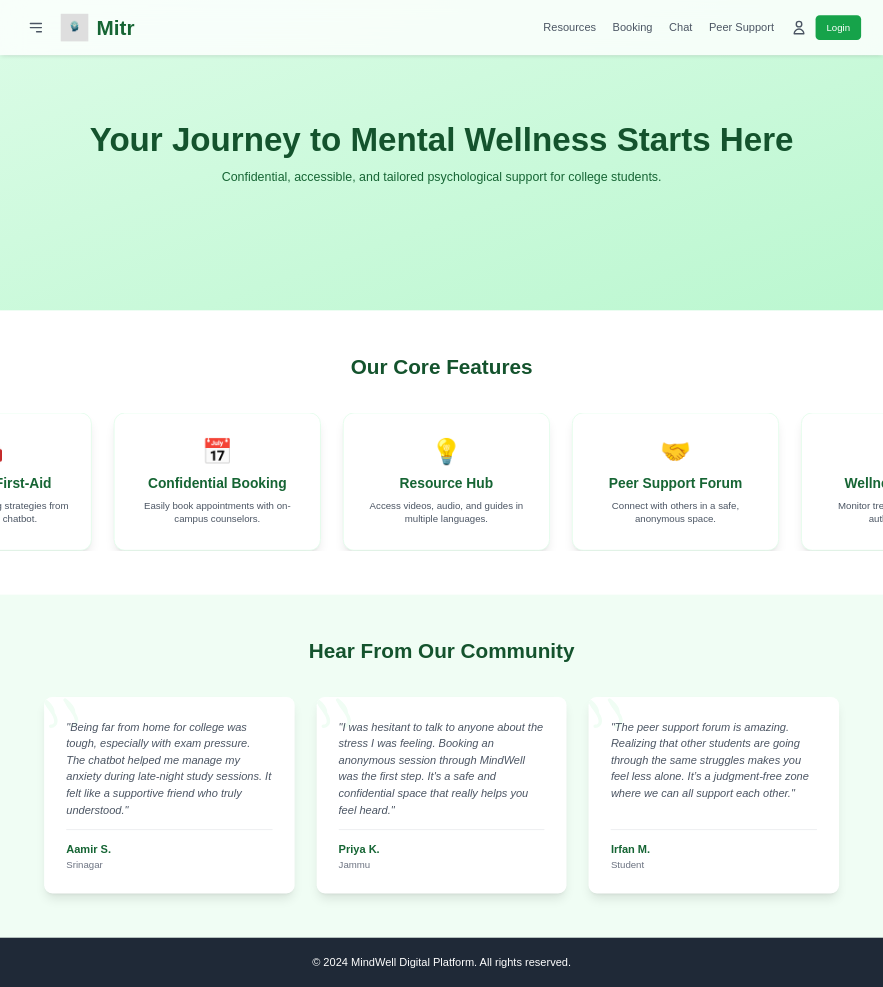
Repository: alokse24b01025/mentalhealth-project-sih-
Page: / (app in p1/)
The author's editor kept a copy of each file at every save. The page is drawn from the files as they stood at one save, then again after the next save.
The browser window is 1280 px wide. The pictures show the whole page, at 69% of full size.
The project was rebuilt for these pictures with package versions that can differ from the ones it lists, and the page was loaded fresh each time. Also part of the build but not shown: p1/vite.config.js, p1/src/components/Chatbot.jsx, p1/src/pages/ChatPage.jsx, p1/src/data/mockResources.js, p1/src/pages/ResourcesPage.jsx, p1/src/data/mockCounselors.js, p1/src/pages/BookingPage.jsx, p1/src/components/PeerSupport.jsx and 3 more.

Above is the page before, as saved 2025-09-10 14:03:28.

### p1/index.html
<!doctype html>
<html lang="en">
  <head>
    <meta charset="UTF-8" />
    <link rel="icon" type="image/svg+xml" href="/logo.png" />
    <meta name="viewport" content="width=device-width, initial-scale=1.0" />
    <title>Mitr</title>
  </head>
  <body>
    <div id="root"></div>
    <script type="module" src="/src/main.jsx"></script>
  </body>
</html>

### p1/src/App.jsx
import React from 'react';
import { BrowserRouter as Router, Routes, Route } from 'react-router-dom';
import { AuthProvider } from './AuthContext'; // Import the provider

// Import your pages
import HomePage from './pages/HomePage';
import ChatPage from './pages/ChatPage';
import ResourcesPage from './pages/ResourcesPage';
import BookingPage from './pages/BookingPage';
import PeerSupportPage from './pages/PeerSupportPage';
import AdminDashboard from './pages/AdminDashboard';
import LoginPage from './pages/LoginPage'; // Import the new login page
import './index.css';

function App() {
  return (
    <AuthProvider> {/* Wrap everything in AuthProvider */}
      <Router>
        <Routes>
          <Route path="/" element={<HomePage />} />
          <Route path="/chat" element={<ChatPage />} />
          <Route path="/resources" element={<ResourcesPage />} />
          <Route path="/booking" element={<BookingPage />} />
          <Route path="/peer-support" element={<PeerSupportPage />} />
         <Route path="/admin" element={<AdminDashboard />} />
          <Route path="/login" element={<LoginPage />} /> {/* Add the login route */}
        </Routes>
      </Router>
    </AuthProvider>
  );
}

export default App;

### p1/src/index.css
@tailwind base;
@tailwind components;
@tailwind utilities;

body {
  font-family: Arial, sans-serif;
  -webkit-font-smoothing: antialiased;
  -moz-osx-font-smoothing: grayscale;
}

### p1/src/AuthContext.jsx
import React, { useContext, useState, useEffect } from 'react';
import { auth } from './firebase';
import {
  onAuthStateChanged,
  signOut,
  signInWithEmailAndPassword
} from "firebase/auth";

const AuthContext = React.createContext();

// This is the function that was likely missing the 'export' keyword
export function useAuth() {
  return useContext(AuthContext);
}

export function AuthProvider({ children }) {
  const [currentUser, setCurrentUser] = useState(null);
  const [loading, setLoading] = useState(true);

  function login(email, password) {
    return signInWithEmailAndPassword(auth, email, password);
  }

  function logout() {
    return signOut(auth);
  }

  useEffect(() => {
    const unsubscribe = onAuthStateChanged(auth, user => {
      setCurrentUser(user);
      setLoading(false);
    });

    return unsubscribe;
  }, []);

  const value = {
    currentUser,
    login,
    logout
  };

  return (
    <AuthContext.Provider value={value}>
      {!loading && children}
    </AuthContext.Provider>
  );
}

### p1/src/pages/HomePage.jsx
import React from 'react';
import { Link } from 'react-router-dom';
import Header from '../components/Header';
import Footer from '../components/Footer';

// Define an array of features to display in the scrolling marquee
const coreFeatures = [
  { to: "/chat", title: "AI-Guided First-Aid", description: "Get immediate coping strategies from our interactive chatbot.", icon: "🤖" },
  { to: "/booking", title: "Confidential Booking", description: "Easily book appointments with on-campus counselors.", icon: "📅" },
  { to: "/resources", title: "Resource Hub", description: "Access videos, audio, and guides in multiple languages.", icon: "💡" },
  { to: "/peer-support", title: "Peer Support Forum", description: "Connect with others in a safe, anonymous space.", icon: "🤝" },
  { to: "/admin", title: "Wellness Tracking", description: "Monitor trends and insights (for authorized staff).", icon: "📊" },
];

// This component defines the look of a single clickable card
const FeatureCard = ({ to, title, description, icon }) => (
  <Link to={to} className="flex-shrink-0 w-[300px] h-[200px] mx-4 p-6 flex flex-col items-center justify-center text-center bg-white border border-green-100 rounded-2xl shadow-lg hover:shadow-2xl hover:scale-105 transform transition-all duration-300">
    <div className="text-4xl mb-3">{icon}</div>
    <h4 className="font-bold text-xl text-green-800">{title}</h4>
    <p className="text-gray-600 text-sm mt-2">{description}</p>
  </Link>
);

// --- UPDATED: Testimonial Data and Component ---
const testimonials = [
  { name: "Aamir S.", location: "Srinagar", quote: "Being far from home for college was tough, especially with exam pressure. The chatbot helped me manage my anxiety during late-night study sessions. It felt like a supportive friend who truly understood." },
  { name: "Priya K.", location: "Jammu", quote: "I was hesitant to talk to anyone about the stress I was feeling. Booking an anonymous session through MindWell was the first step. It's a safe and confidential space that really helps you feel heard." },
  { name: "Irfan M.", location: "Student", quote: "The peer support forum is amazing. Realizing that other students are going through the same struggles makes you feel less alone. It’s a judgment-free zone where we can all support each other." },
];

const TestimonialCard = ({ name, location, quote, delay }) => (
    <div
        className="bg-white p-8 rounded-xl shadow-lg flex flex-col relative overflow-hidden opacity-0"
        style={{ animation: `slideUp 0.6s ease-out forwards`, animationDelay: delay }}
    >
        <svg className="absolute -top-2 -left-2 w-20 h-20 text-green-50 z-0" fill="currentColor" viewBox="0 0 32 32">
            <path d="M9.33,12.44C10.84,14.61,11,16.23,11,17.26a4,4,0,0,1-4,4,1,1,0,0,1,0-2,2,2,0,0,0,2-2c0-2.3-2.19-5.18-4.4-8.15C2.86,5.86,2.68,5.7,2.5,5.55A1,1,0,0,1,4,4.24c3.41,2.54,5.43,5.49,5.33,8.2Z"/>
            <path d="M21.33,12.44c1.51,2.17,1.67,3.79,1.67,4.82a4,4,0,0,1-4,4,1,1,0,0,1,0-2,2,2,0,0,0,2-2c0-2.3-2.19-5.18-4.4-8.15C14.86,5.86,14.68,5.7,14.5,5.55a1,1,0,0,1,1.5-1.31c3.41,2.54,5.43,5.49,5.33,8.2Z"/>
        </svg>
        <p className="text-gray-600 italic flex-grow z-10 relative">"{quote}"</p>
        <div className="mt-4 pt-4 border-t border-gray-200 z-10 relative">
            <p className="font-bold text-green-800">{name}</p>
            <p className="text-sm text-gray-500">{location}</p>
        </div>
    </div>
);

const HomePage = () => {
  return (
    <>
      {/* --- UPDATED: New animation added for testimonials --- */}
      <style>
        {`
          @keyframes scroll {
            from { transform: translateX(0); }
            to { transform: translateX(-100%); }
          }
          .scrolling-wrapper:hover .scrolling-content {
            animation-play-state: paused;
          }
          @keyframes slideUp {
            from {
                opacity: 0;
                transform: translateY(40px);
            }
            to {
                opacity: 1;
                transform: translateY(0);
            }
          }
        `}
      </style>

      <div className="min-h-screen flex flex-col bg-green-50">
        <Header />
        <main className="flex-1 overflow-y-auto">
          {/* Hero Section */}
          <section className="text-center h-[450px] flex items-center justify-center bg-gradient-to-br from-green-100 to-green-200">
            <div className="px-4">
              <h2 className="text-4xl md:text-5xl font-extrabold text-green-900">Your Journey to Mental Wellness Starts Here</h2>
              <p className="mt-4 text-lg text-green-800 max-w-2xl mx-auto">Confidential, accessible, and tailored psychological support for college students.</p>
            </div>
          </section>

          {/* Scrolling Features Section */}
          <section className="py-16 bg-white">
            <h3 className="text-3xl font-bold text-center text-green-900 mb-12">Our Core Features</h3>
            <div className="scrolling-wrapper w-full overflow-hidden relative">
              <div className="scrolling-content flex" style={{ animation: `scroll 40s linear infinite` }}>
                {[...coreFeatures, ...coreFeatures].map((feature, index) => (
                  <FeatureCard key={index} {...feature} />
                ))}
              </div>
            </div>
          </section>

          {/* --- UPDATED: Testimonials Section with Animation --- */}
          <section className="py-16 px-4 bg-green-50">
            <h3 className="text-3xl font-bold text-center text-green-900 mb-12">Hear From Our Community</h3>
            <div className="grid md:grid-cols-3 gap-8 max-w-6xl mx-auto">
                {testimonials.map((testimonial, index) => (
                    <TestimonialCard key={index} {...testimonial} delay={`${index * 200}ms`} />
                ))}
            </div>
          </section>

        </main>
        <Footer />
      </div>
    </>
  );
};

export default HomePage;

### p1/src/firebase.js
import { initializeApp } from "firebase/app";
import { getAuth } from "firebase/auth";

// IMPORTANT: Replace this with the firebaseConfig object you copied from the Firebase console
const firebaseConfig = {
  apiKey: "YOUR_API_KEY",
  authDomain: "YOUR_AUTH_DOMAIN",
  projectId: "YOUR_PROJECT_ID",
  storageBucket: "YOUR_STORAGE_BUCKET",
  messagingSenderId: "YOUR_MESSAGING_SENDER_ID",
  appId: "YOUR_APP_ID"
};

// Initialize Firebase
const app = initializeApp(firebaseConfig);

// Export the auth instance to be used in other parts of the app
export const auth = getAuth(app);

### p1/src/components/Header.jsx
import React, { useState, useRef, useEffect } from 'react';
import { Link, NavLink } from 'react-router-dom';
import logo from '../assets/logo.png';
import { useAuth } from '../AuthContext';

const Header = () => {
  const { currentUser, logout } = useAuth();
  const [isLoggingOut, setIsLoggingOut] = useState(false);
  const [isMenuOpen, setIsMenuOpen] = useState(false);
  const menuRef = useRef(null);

  // Effect to close the menu when clicking outside of it
  useEffect(() => {
    function handleClickOutside(event) {
      if (menuRef.current && !menuRef.current.contains(event.target)) {
        setIsMenuOpen(false);
      }
    }
    document.addEventListener("mousedown", handleClickOutside);
    return () => {
      document.removeEventListener("mousedown", handleClickOutside);
    };
  }, [menuRef]);

  const handleLogout = async () => {
    setIsLoggingOut(true);
    try {
      await logout();
      setIsMenuOpen(false);
    } catch (error) {
      console.error("Failed to log out:", error);
    } finally {
      setIsLoggingOut(false);
    }
  };

  const profileIcon = (
    <svg xmlns="http://www.w3.org/2000/svg" className="h-6 w-6" fill="none" viewBox="0 0 24" stroke="currentColor" strokeWidth={2}>
      <path strokeLinecap="round" strokeLinejoin="round" d="M16 7a4 4 0 11-8 0 4 4 0 018 0zM12 14a7 7 0 00-7 7h14a7 7 0 00-7-7z" />
    </svg>
  );

  const desktopLinkClass = "text-gray-600 hover:text-green-600 transition-colors";

  return (
    <header className="bg-white/80 backdrop-blur-lg shadow-md fixed top-0 w-full z-50">
      <div className="max-w-7xl mx-auto px-4 sm:px-6 lg:px-8">
        <div className="flex justify-between items-center h-20">

          {/* Left Side: Hamburger Menu, Logo, and Brand Name */}
          <div className="flex items-center gap-x-4">
            {/* Hamburger Button and Dropdown Menu (for future options) */}
            <div className="relative" ref={menuRef}>
              <button onClick={() => setIsMenuOpen(!isMenuOpen)} className="p-2 rounded-md text-gray-600 hover:bg-gray-100 focus:outline-none">
                <svg xmlns="http://www.w3.org/2000/svg" className="h-6 w-6" fill="none" viewBox="0 0 24 24" stroke="currentColor">
                  <path strokeLinecap="round" strokeLinejoin="round" strokeWidth={2} d="M4 6h16M4 12h16m-7 6h7" />
                </svg>
              </button>

              {/* Dropdown Menu Panel - Placeholder for now */}
              {isMenuOpen && (
                <div className="absolute top-14 left-0 w-64 bg-white/95 backdrop-blur-lg border border-gray-200 rounded-lg shadow-xl py-4 px-4">
                  <p className="text-center text-gray-500">More options will be added here soon.</p>
                </div>
              )}
            </div>

            {/* Logo and Brand */}
            <Link to="/" className="flex items-center gap-x-3">
              <img src={logo} alt="MindWell Logo" className="h-10 w-auto" />
              <span className="text-3xl font-bold text-green-800 hidden sm:block">Mitr</span>
            </Link>
          </div>

          {/* Right side: Nav Links and Auth Buttons */}
          <div className="flex items-center">
            {/* Desktop Navigation Links - hidden on small screens */}
            <nav className="hidden md:flex items-center space-x-6 mr-6">
              <NavLink to="/resources" className={desktopLinkClass}>Resources</NavLink>
              <NavLink to="/booking" className={desktopLinkClass}>Booking</NavLink>
              <NavLink to="/chat" className={desktopLinkClass}>Chat</NavLink>
              <NavLink to="/peer-support" className={desktopLinkClass}>Peer Support</NavLink>
            </nav>

            {/* Auth Buttons */}
            <div className="flex items-center space-x-3">
              {currentUser ? (
                <div className="flex items-center space-x-3">
                  <span className="text-gray-600">{profileIcon}</span>
                  <button onClick={handleLogout} disabled={isLoggingOut} className={`text-white px-4 py-2 text-sm rounded-md transition-colors ${isLoggingOut ? 'bg-red-300 cursor-not-allowed' : 'bg-red-500 hover:bg-red-600'}`}>
                    {isLoggingOut ? '...' : 'Logout'}
                  </button>
                </div>
              ) : (
                <div className="flex items-center space-x-3">
                  <Link to="/login" className="text-gray-600 hover:text-green-600">{profileIcon}</Link>
                  <Link to="/login" className="bg-green-600 text-white px-4 py-2 text-sm rounded-md hover:bg-green-700 transition-colors">Login</Link>
                </div>
              )}
            </div>
          </div>
        </div>
      </div>
    </header>
  );
};

export default Header;

### p1/src/components/Footer.jsx
import React from 'react';

const Footer = () => {
  return (
    <footer className="bg-gray-800 text-white p-6 text-center">
      <p>&copy; 2024 MindWell Digital Platform. All rights reserved.</p>
    </footer>
  );
};
export default Footer;

Loaded but not shown: p1/src/main.jsx (common file); p1/tailwind.config.js (common file)

After the next save:
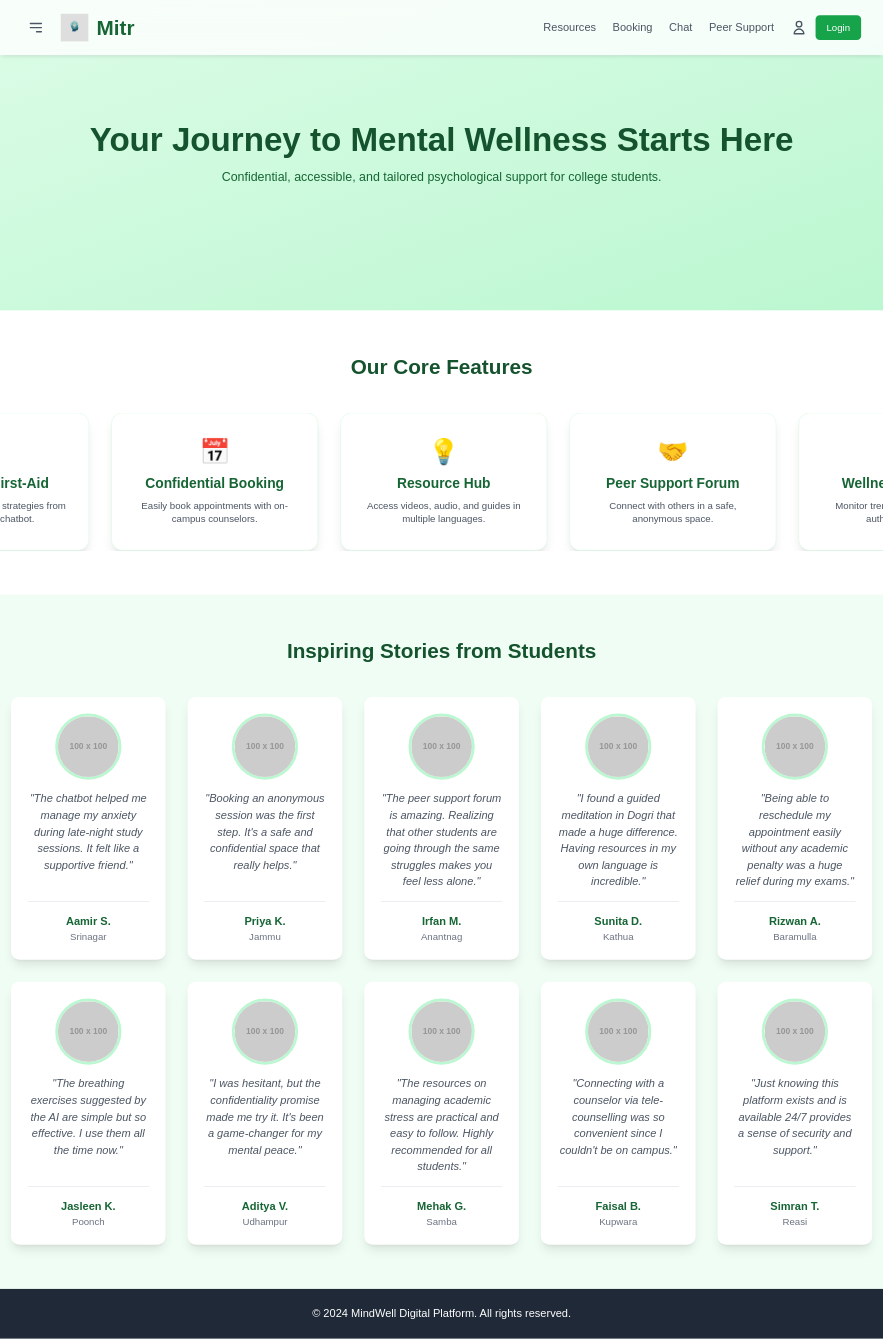
Saved 4 min 54 s later.
--- a/p1/src/pages/HomePage.jsx
+++ b/p1/src/pages/HomePage.jsx
@@ -21,24 +21,28 @@ const FeatureCard = ({ to, title, description, icon }) => (
   </Link>
 );
 
-// --- UPDATED: Testimonial Data and Component ---
-const testimonials = [
-  { name: "Aamir S.", location: "Srinagar", quote: "Being far from home for college was tough, especially with exam pressure. The chatbot helped me manage my anxiety during late-night study sessions. It felt like a supportive friend who truly understood." },
-  { name: "Priya K.", location: "Jammu", quote: "I was hesitant to talk to anyone about the stress I was feeling. Booking an anonymous session through MindWell was the first step. It's a safe and confidential space that really helps you feel heard." },
-  { name: "Irfan M.", location: "Student", quote: "The peer support forum is amazing. Realizing that other students are going through the same struggles makes you feel less alone. It’s a judgment-free zone where we can all support each other." },
+// --- NEW: Student Profile Data and Component ---
+const studentProfiles = [
+  { name: "Aamir S.", location: "Srinagar", quote: "The chatbot helped me manage my anxiety during late-night study sessions. It felt like a supportive friend.", imageUrl: "https://placehold.co/100x100/a7f3d0/166534?text=AS" },
+  { name: "Priya K.", location: "Jammu", quote: "Booking an anonymous session was the first step. It's a safe and confidential space that really helps.", imageUrl: "https://placehold.co/100x100/67e8f9/155e75?text=PK" },
+  { name: "Irfan M.", location: "Anantnag", quote: "The peer support forum is amazing. Realizing that other students are going through the same struggles makes you feel less alone.", imageUrl: "https://placehold.co/100x100/fde047/854d0e?text=IM" },
+  { name: "Sunita D.", location: "Kathua", quote: "I found a guided meditation in Dogri that made a huge difference. Having resources in my own language is incredible.", imageUrl: "https://placehold.co/100x100/f9a8d4/9d2667?text=SD" },
+  { name: "Rizwan A.", location: "Baramulla", quote: "Being able to reschedule my appointment easily without any academic penalty was a huge relief during my exams.", imageUrl: "https://placehold.co/100x100/a5b4fc/3730a3?text=RA" },
+  { name: "Jasleen K.", location: "Poonch", quote: "The breathing exercises suggested by the AI are simple but so effective. I use them all the time now.", imageUrl: "https://placehold.co/100x100/fca5a5/991b1b?text=JK" },
+  { name: "Aditya V.", location: "Udhampur", quote: "I was hesitant, but the confidentiality promise made me try it. It's been a game-changer for my mental peace.", imageUrl: "https://placehold.co/100x100/86efac/14532d?text=AV" },
+  { name: "Mehak G.", location: "Samba", quote: "The resources on managing academic stress are practical and easy to follow. Highly recommended for all students.", imageUrl: "https://placehold.co/100x100/fdba74/9a3412?text=MG" },
+  { name: "Faisal B.", location: "Kupwara", quote: "Connecting with a counselor via tele-counselling was so convenient since I couldn't be on campus.", imageUrl: "https://placehold.co/100x100/bae6fd/0c4a6e?text=FB" },
+  { name: "Simran T.", location: "Reasi", quote: "Just knowing this platform exists and is available 24/7 provides a sense of security and support.", imageUrl: "https://placehold.co/100x100/d8b4fe/581c87?text=ST" },
 ];
 
-const TestimonialCard = ({ name, location, quote, delay }) => (
+const ProfileCard = ({ name, location, quote, imageUrl, delay }) => (
     <div
-        className="bg-white p-8 rounded-xl shadow-lg flex flex-col relative overflow-hidden opacity-0"
+        className="bg-white p-6 rounded-xl shadow-lg flex flex-col items-center text-center opacity-0"
         style={{ animation: `slideUp 0.6s ease-out forwards`, animationDelay: delay }}
     >
-        <svg className="absolute -top-2 -left-2 w-20 h-20 text-green-50 z-0" fill="currentColor" viewBox="0 0 32 32">
-            <path d="M9.33,12.44C10.84,14.61,11,16.23,11,17.26a4,4,0,0,1-4,4,1,1,0,0,1,0-2,2,2,0,0,0,2-2c0-2.3-2.19-5.18-4.4-8.15C2.86,5.86,2.68,5.7,2.5,5.55A1,1,0,0,1,4,4.24c3.41,2.54,5.43,5.49,5.33,8.2Z"/>
-            <path d="M21.33,12.44c1.51,2.17,1.67,3.79,1.67,4.82a4,4,0,0,1-4,4,1,1,0,0,1,0-2,2,2,0,0,0,2-2c0-2.3-2.19-5.18-4.4-8.15C14.86,5.86,14.68,5.7,14.5,5.55a1,1,0,0,1,1.5-1.31c3.41,2.54,5.43,5.49,5.33,8.2Z"/>
-        </svg>
-        <p className="text-gray-600 italic flex-grow z-10 relative">"{quote}"</p>
-        <div className="mt-4 pt-4 border-t border-gray-200 z-10 relative">
+        <img src={imageUrl} alt={`Profile of ${name}`} className="w-24 h-24 rounded-full object-cover mb-4 border-4 border-green-200" />
+        <p className="text-gray-600 italic flex-grow">"{quote}"</p>
+        <div className="mt-4 pt-4 border-t border-gray-200 w-full">
             <p className="font-bold text-green-800">{name}</p>
             <p className="text-sm text-gray-500">{location}</p>
         </div>
@@ -48,7 +52,6 @@ const TestimonialCard = ({ name, location, quote, delay }) => (
 const HomePage = () => {
   return (
     <>
-      {/* --- UPDATED: New animation added for testimonials --- */}
       <style>
         {`
           @keyframes scroll {
@@ -94,12 +97,12 @@ const HomePage = () => {
             </div>
           </section>
 
-          {/* --- UPDATED: Testimonials Section with Animation --- */}
+          {/* --- UPDATED: Student Profiles Section with Animation --- */}
           <section className="py-16 px-4 bg-green-50">
-            <h3 className="text-3xl font-bold text-center text-green-900 mb-12">Hear From Our Community</h3>
-            <div className="grid md:grid-cols-3 gap-8 max-w-6xl mx-auto">
-                {testimonials.map((testimonial, index) => (
-                    <TestimonialCard key={index} {...testimonial} delay={`${index * 200}ms`} />
+            <h3 className="text-3xl font-bold text-center text-green-900 mb-12">Inspiring Stories from Students</h3>
+            <div className="grid grid-cols-1 sm:grid-cols-2 md:grid-cols-3 lg:grid-cols-4 xl:grid-cols-5 gap-8 max-w-7xl mx-auto">
+                {studentProfiles.map((profile, index) => (
+                    <ProfileCard key={index} {...profile} delay={`${index * 100}ms`} />
                 ))}
             </div>
           </section>
